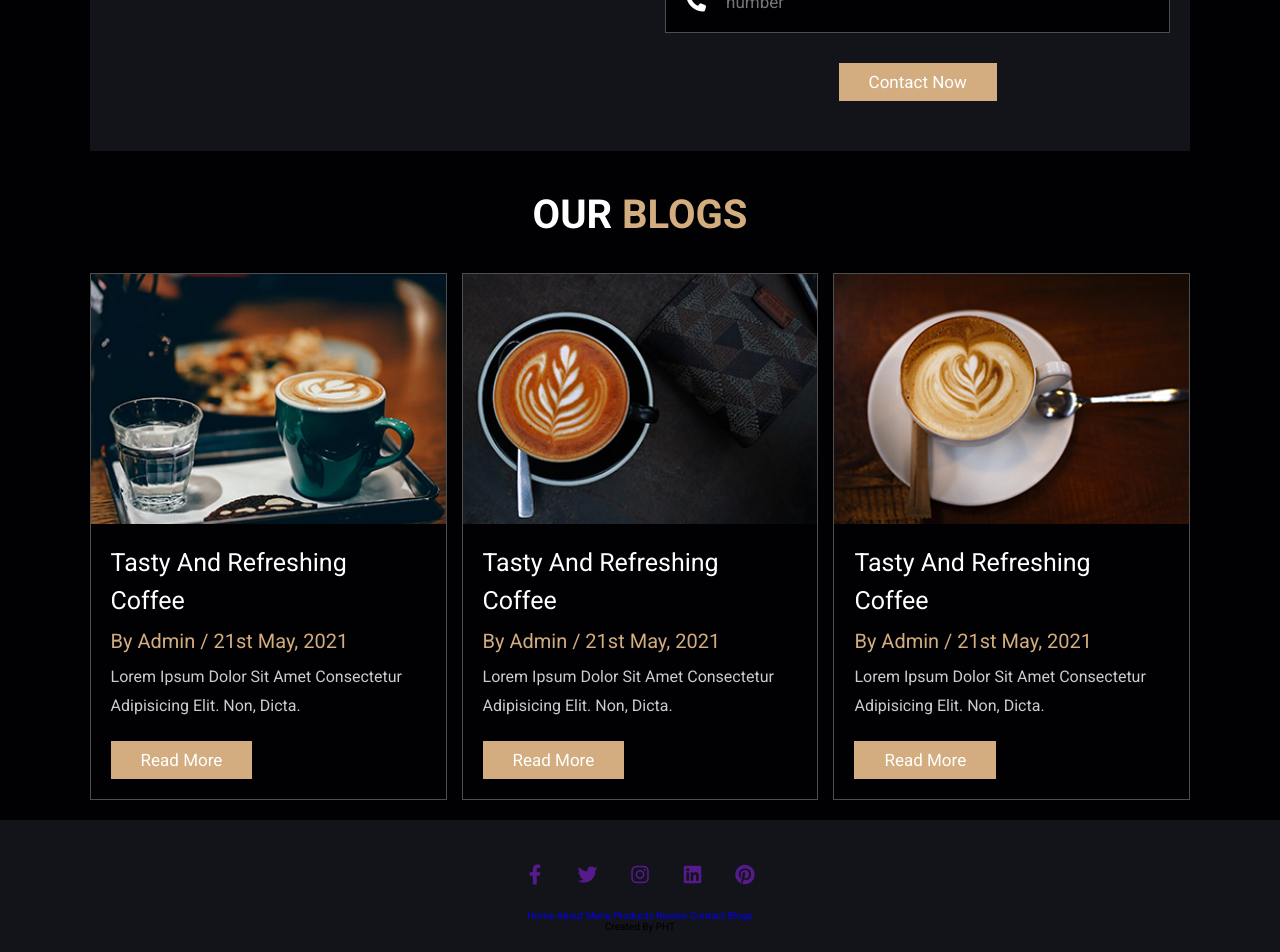
Repository: phamtrunghptn-dev/coffee-shop
Page: index.html
An editor plug-in stored every save of this project. The page is shown before and after a run of saves, followed by the edit.
The browser window is 1280 px wide. The pictures show the part of the page from y = 3638 to 4590 px (the page is 4590 px tall).
Pictures or frames that could not be fetched are drawn as grey boxes. A picture or video elsewhere on the page could not be fetched, so the positions and the page height are approximate. Some web libraries are served in a nearby version.

Above is the page before, as saved 2022-06-26 22:15:11.

After the next 3 saves:
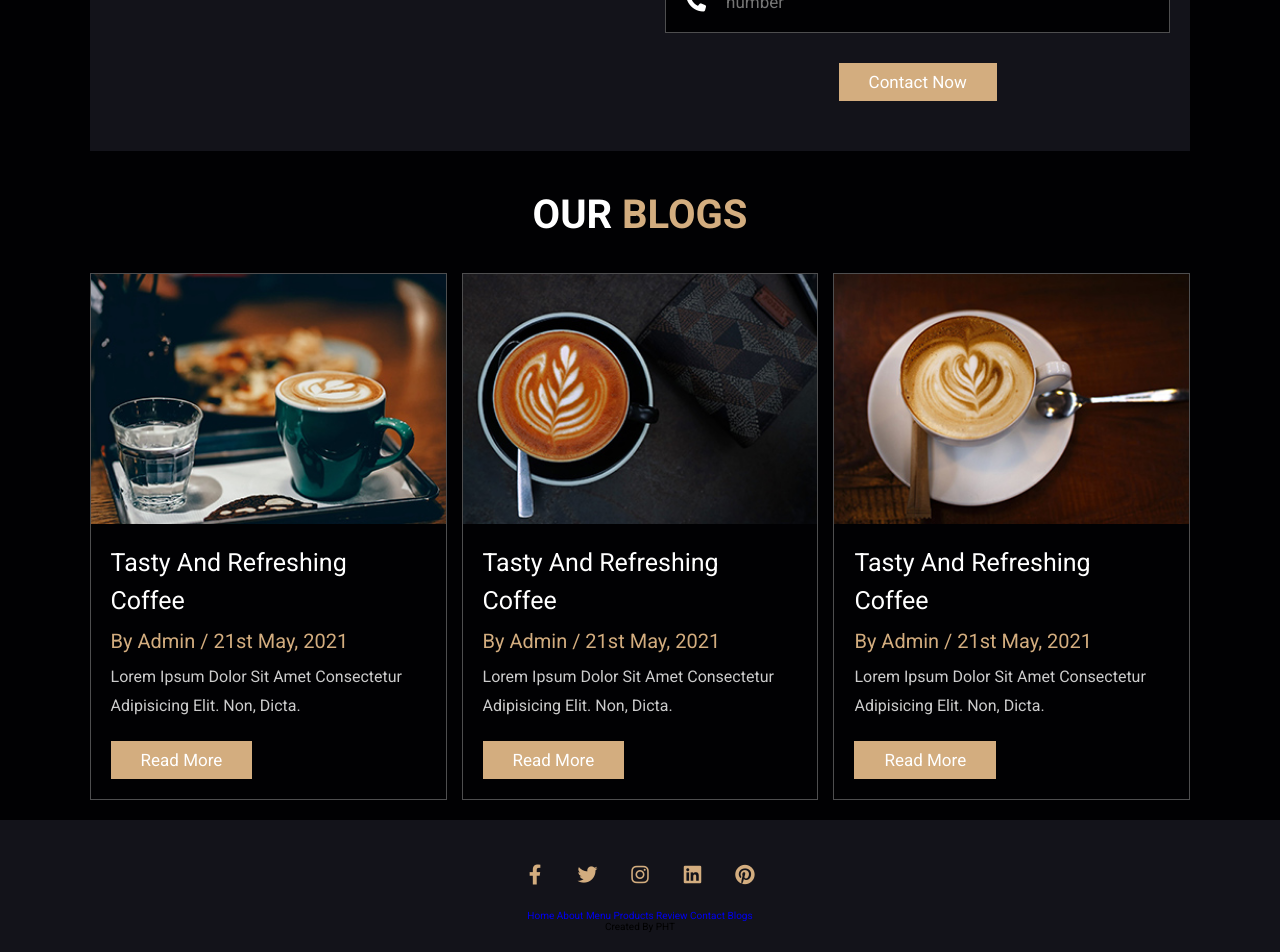
The 3 saves are shown as one change because they came seconds apart.
The last was saved 7 s later.
--- a/css/style.css
+++ b/css/style.css
@@ -525,7 +525,8 @@ section{
     width: 5rem;
     line-height: 5rem;
     font-size: 2rem;
-    color:
+    color: var(--main-color);
+
 }
 
 
